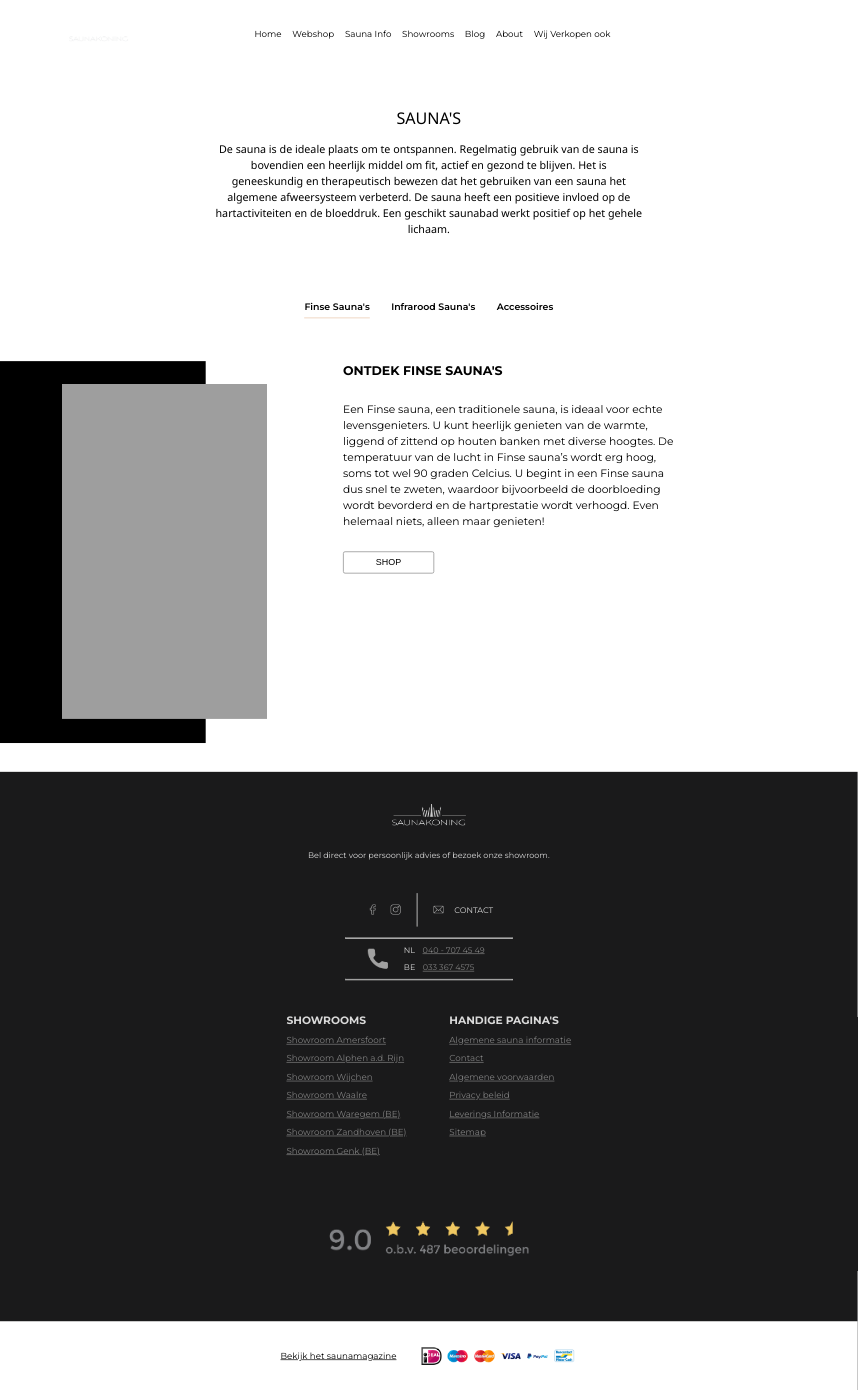
Repository: PKnar/SKW
Page: webshop.html
These files come from the project's save history. The page is drawn as it stood at one moment and after the next save; the edit follows.
The browser window is 1280 px wide. The pictures show the whole page, at 67% of full size.
Pictures or frames that could not be fetched are drawn as grey boxes.

Above is the page before, as saved 2021-06-02 03:33:20.
Console error: TypeError: Cannot set properties of undefined (setting 'style')

### webshop.html
<!DOCTYPE html>
<html lang="en">

<head>
    <meta charset="UTF-8">
    <meta http-equiv="X-UA-Compatible" content="IE=edge">
    <meta name="viewport" content="width=device-width, initial-scale=1.0">
    <title>Webshop</title>
    <link rel="stylesheet" href="./css/webshop.css">
    <link rel='stylesheet' href='index.css' />
    <link href="https://fonts.googleapis.com/css2?family=Montserrat:wght@100;300;400;500;600;700;800&display=swap"
        rel="stylesheet">
</head>

<body>

    <main>
        <nav>

        </nav>

    </main>

    <header class="bright">
        <div class="hero">
            <h2>SAUNA'S</h2>
            <p>De sauna is de ideale plaats om te ontspannen. Regelmatig gebruik van de sauna is bovendien een heerlijk
                middel om fit, actief en gezond te blijven. Het is geneeskundig en therapeutisch bewezen dat het
                gebruiken van een sauna het algemene afweersysteem verbeterd. De sauna heeft een positieve invloed op de
                hartactiviteiten en de bloeddruk. Een geschikt saunabad werkt positief op het gehele lichaam.</p>

        </div>

    </header>
    <section>
        <ul class="mini-navbar">
            <li class=" link active finse">Finse Sauna's</li>
            <li class="link infrarood">Infrarood Sauna's</li>
            <li class="link">Accessoires</li>

        </ul>
        <div class="category-overview">

            <div class="black-background">
                <div class="image"></div>
            </div>


            <div class="content">
                <h3 id='title'> </h3>
                <p id='desc'></p>
                <button> <a href="/products.html">SHOP</a></button>
            </div>
        </div>


    </section>

    <footer>

    </footer>
    <script src='scripts/NavAndFooter.js'></script>
    <script src='scripts/script.js'></script>
    <script src='scripts/webshop.js'></script>
    <script>
        let links = document.querySelectorAll('.link');
        links.forEach(link => {
            if (link.id === "webshop" || link.id === "webshopM") {
                link.classList.add("active")
            } else {
                link.classList.remove("active")
            }
        })
    </script>
</body>

</html>

### css/webshop.css
nav ul a {
  color: black !important;
}

.scrolled {
  background-color: white !important;
}

.line {
  background-color: rgb(61, 61, 61) !important;
}

header {
  background-color: white;
  height: 60vh;
  width: 100%;
  display: flex;
  justify-content: center;
  align-items: center;
}

.hero {
  width: 50%;
  text-align: center;
  min-width: 300px;
  margin-top: 4rem;
}

.hero h2 {
  margin: 1rem;
  font-weight: 500;
}

section {
  min-height: 100vh;
  width: 100%;
  display: flex;
  flex-direction: column;
  align-items: center;
}

section ul {
  display: flex;
  margin-bottom: 3rem;
}

section ul li {
  margin: 1rem;
  font-weight: 600;
  cursor: pointer;
  font-size: 14px;
}

.active {
  border-bottom: 2px solid var(--accentBright);
}

.black-background {
  width: 30%;
  background-color: black;
  height: 570px;
}

.image {
  background-position: center;
  background-size: cover;
  position: relative;
  left: 30%;
  top: 6%;
  width: 100%;
  height: 500px;
  min-width: 250px;
}

.category-overview {
  width: 80%;
  display: flex;
  justify-content: space-between;
  align-self: flex-start;
  flex-wrap: wrap;
}

.content {
  width: 50%;
  min-width: 300px;
}

.content button {
  background-color: transparent;
  border: 1px solid rgb(131, 131, 131);
  padding: 0.5rem 3rem;
  border-radius: 3px;
  cursor: pointer;
}

button a {
  color: black;
  text-decoration: none;
}

.content p {
  margin: 2rem 0;
}

@media (max-width: 600px) {
  .black-background {
    display: none;
  }

  .category-overview {
    width: 100%;
    justify-content: center;
  }

  section ul li {
    font-size: 13px;
  }

  .hero p,
  .content p {
    font-size: 14px;
  }

  .hero h2 {
    font-size: 20px;
  }
}

### index.css
/* This css file contains global stylings */

* {
  margin: 0;
  padding: 0;
  box-sizing: border-box;
}

:root {
  --black: #171717;
  --white: #ffff;
  --accentBright: #e8c3a9;
  --accentDark: #a26e4a;
  --homepageButton: #91735f;
  --headerBackgroundColor: #1a1a1b;
  --boxShadow: -1px 7px 5px 0px rgba(58, 58, 58, 0.1);

  --silver: #c2c0c0;
  --yellow: #e4c461;
  --shark: #25262a;
}

body {
  font-family: "Montserrat", sans-serif;
  overflow-x: hidden;
  line-height: 1.5;
}

ul {
  list-style: none;
}

header {
  font-family: "Segoe UI", Tahoma, Geneva, Verdana, sans-serif;
}

button {
  cursor: pointer;
}

/* nav */

nav {
  display: flex;
  width: 100%;
  height: 100px;
  align-items: center;
  position: fixed;
  background-color: transparent;
  transition: 0.5s;
  z-index: 99999;
}

.scrolled {
  background-color: var(--black);
  transition: 0.5s;
}

.desktop-nav {
  display: flex;
  width: 100%;
  height: 100px;
  align-items: center;
  justify-content: space-around;
}

.logo {
  width: 120px;
}

.nav-icons img {
  width: 15px;
}

.nav-links {
  display: flex;
}

.nav-icons {
  display: flex;
}

.desktop-nav a {
  color: var(--white);
  text-decoration: none;
  font-size: 13px;
}

.desktop-nav li {
  margin-right: 1rem;
}

/* ------------- */

.active {
  border-bottom: 1px solid var(--accentBright);
  padding-bottom: 0.3rem;
}

.mobile-nav {
  display: none;
}

@media (max-width: 900px) {
  .desktop-nav {
    display: none;
  }

  .mobile-nav {
    display: flex;
    align-items: center;
    justify-content: space-between;
    width: 100%;
    padding: 1rem;
    position: relative;
    padding: 2rem;
  }

  .mobile-logo {
    width: 120px;
  }

  .nav-links {
    display: flex;
    flex-direction: column;
    align-items: center;
    justify-content: center;
    list-style: none;
    width: 300px;
    height: 100vh;
    background-color: var(--white);
    position: fixed;
    right: 0;
    top: 0;
    box-shadow: 5px 5px 15px 5px rgba(0, 0, 0, 0.12);
    z-index: 9998;
  }

  .nav-links li {
    margin: 0.8rem;
  }

  .nav-links a {
    color: var(--black);
    text-decoration: none;
  }

  .nav-icons li {
    margin-right: 0.5rem;
  }

  .container-column {
    display: flex;
    flex-direction: column;
    position: relative;
    align-items: center;
  }

  .burger-menu {
    width: 40px;
    height: 40px;
    cursor: pointer;
    z-index: 999999;
  }

  .line {
    height: 2px;
    background-color: var(--white);
    margin: 0.3rem 0;
    transition: 1s;
  }

  .top-line {
    width: 30px;
  }

  .middle-line {
    width: 20px;
    margin-left: 10px;
  }

  .bottom-line {
    width: 30px;
  }

  .deg45 {
    transform: rotate(45deg);
    position: relative;
    top: -14px;
  }

  .deg-45 {
    transform: rotate(-45deg);
  }

  .transparent-line {
    opacity: 0;
  }

  .close {
    transform: translateX(300px);
    transition: 1s;
  }

  .show {
    transform: translate(0);
    transition: 1s;
  }

  .black {
    background-color: var(--black);
  }
}

/* Footer */

footer {
  background-color: var(--headerBackgroundColor);
  width: 100%;
  display: flex;
  flex-direction: column;
  align-items: center;
  padding-top: 3rem;
  color: rgb(218, 218, 218);
}

footer a {
  color: grey;
}

.footer-message {
  margin: 2rem;
  font-size: 12px;
}

footer .socials {
  display: flex;
  align-items: center;
  justify-content: center;
}
footer hr {
  color: grey;
  width: 250px;
}

.socials img {
  width: 15px;
  margin: 0.5rem;
}

.socials p {
  font-size: 12px;
  text-transform: uppercase;
  margin-left: 0.5rem;
}

.footer-contact p {
  font-size: 12px;
  margin: 0.5rem;
}

.footer-contact a {
  margin-left: 0.5rem;
}

.footer-logo {
  width: 150px;
}

.footer-contact {
  display: flex;
  align-items: center;
}

.footer-contact img {
  width: 30px;
  margin-right: 1rem;
}

footer .flex-row {
  display: flex;
  align-items: center;
  justify-content: center;
}

.vertical-line {
  height: 50px;
  background-color: white;
  width: 1px;
  margin: 1rem;
}

.container-row {
  display: flex;
  flex-wrap: wrap;
  justify-content: center;
}

.footer-links {
  margin: 3rem 2rem;
}

.footer-links li {
  margin-top: 0.5rem;
  font-size: 13px;
}

.payments {
  display: flex;
  align-items: center;
  background-color: white;
  width: 100%;
  justify-content: center;
  padding: 2rem;
  margin-top: 6rem;
}

.payments a {
  color: black;
  margin-right: 2rem;
  font-size: 13px;
}

.payment-icons {
  display: flex;
  align-items: center;
}

.payment-icons img {
  width: 30px;
  margin: 0.3rem;
}

.rating {
  width: 300px;
  margin-top: 3rem;
}

@media (max-width: 500px) {
  .rating {
    width: 200px;
  }
}

### scripts/NavAndFooter.js
(function () {
  let navigation = [
    { path: "", name: "Home" },
    { path: "#", name: "Webshop" },
    { path: "#", name: "Sauna Info" },
    { path: "#", name: "Showrooms" },
    { path: "blogs.html", name: "Blog" },
    { path: "about.html", name: "About" },
    { path: "#", name: "Wij Verkopen ook" },
  ];

  //For github
  let baseURL = "https://pknar.github.io/SKW";

  function generateNav() {
    console.log("generating");
    let nav = document.querySelector("nav");
    let desktopNav = document.createElement("div");
    let navLinks = document.createElement("ul");
    let logo = document.createElement("img");

    desktopNav.setAttribute("class", "desktop-nav");
    navLinks.setAttribute("class", "nav-links");

    logo.setAttribute("src", "./assets/logo/white.png");
    logo.setAttribute("alt", "Saunakoning logo");
    logo.setAttribute("class", "logo");

    navigation.map((link) => {
      let li = document.createElement("li");
      let a = document.createElement("a");
      a.setAttribute("href", `${baseURL}/${link.path}`);
      a.innerHTML = link.name;

      li.appendChild(a);
      navLinks.appendChild(li);
    });

    desktopNav.appendChild(logo);
    desktopNav.appendChild(navLinks);
    nav.appendChild(desktopNav);

    let iconsHTML = `
                <ul class="nav-icons">
              <li><img src="assets/icons/search.png" /></li>
              <li><img src="assets/icons/user.png" /></li>
              <li><img src="assets/icons/shopping-bag.png" /></li>
          </ul>`;

    desktopNav.innerHTML += iconsHTML;

    let mobileNav = `
      <div class="mobile-nav">

      <ul class="nav-icons">
      <li><img src="assets/icons/shopping-bag.png" /></li>
          <li><img src="assets/icons/user.png" /></li>
          <li><img src="assets/icons/search.png" /></li>
          </ul>

      <img class="mobile-logo" alt='Saunakoning logo' src='./assets/logo/white.png' />
          <div class="container-column">
              <div class="burger-menu">
                  <div class="line top-line"></div>
                  <div class="line middle-line"></div>
                  <div class="line bottom-line"></div>
              </div>

              <ul class="nav-links close ">
                  <li><a class="active" href="/index.html">Home </a></li>
                  <li><a href="/acties">Acties </a></li>
                  <li><a href="#">Webshop </a></li>
                  <li><a href="#"> Sauna Info</a></li>
                  <li><a href="/showrooms.html">Showrooms </a></li>
                  <li><a href="/blogs.html">Blog </a></li>
                  <li><a href="/about.html">About </a></li>
                  <li><a href="/contact.html">Contact </a></li>
                  <li><a href="/careers.html">Wij verkopen ook</a></li>
              </ul>

          </div>`;

    nav.innerHTML += mobileNav;

    //     let html = `
    //     <div class="desktop-nav">
    //     <img class="logo" alt='Saunakoning logo' src='./assets/logo/white.png' />
    //     <ul class="nav-links ">

    //     ${navLinks
    //       .map((link) => {
    //         return `<li><a href="${baseURL}/${link.path}">${link.name} </a></li>`;
    //       })
    //       .join(",")}

    //     </ul>

    // </div>

    // <div class="mobile-nav">

    // <ul class="nav-icons">
    // <li><img src="assets/icons/shopping-bag.png" /></li>
    //     <li><img src="assets/icons/user.png" /></li>
    //     <li><img src="assets/icons/search.png" /></li>
    //     </ul>

    // <img class="mobile-logo" alt='Saunakoning logo' src='./assets/logo/white.png' />
    //     <div class="container-column">
    //         <div class="burger-menu">
    //             <div class="line top-line"></div>
    //             <div class="line middle-line"></div>
    //             <div class="line bottom-line"></div>
    //         </div>

    //         <ul class="nav-links close ">
    //             <li><a class="active" href="/index.html">Home </a></li>
    //             <li><a href="/acties">Acties </a></li>
    //             <li><a href="#">Webshop </a></li>
    //             <li><a href="#"> Sauna Info</a></li>
    //             <li><a href="/showrooms.html">Showrooms </a></li>
    //             <li><a href="/blogs.html">Blog </a></li>
    //             <li><a href="/about.html">About </a></li>
    //             <li><a href="/contact.html">Contact </a></li>
    //             <li><a href="/careers.html">Wij verkopen ook</a></li>
    //         </ul>

    //     </div>

    // </div>
    //   `;

    //nav.innerHTML += html;
  }

  generateNav();

  function generateFooter() {
    let footer = document.querySelector("footer");
    let html = `
      <img class="footer-logo" src='./assets/logo/white.png' />
          <p class="footer-message">Bel direct voor persoonlijk advies of bezoek onze showroom.</p>
          <div class="socials">

              <img src='./assets/icons/socials-contacts/facebook.png' />
              <img src='./assets/icons/socials-contacts/instagram.png' />
              <div class="vertical-line"></div>
              <div class="flex-row">
                  <img src='./assets/icons/socials-contacts/email.png' />
                  <p>Contact</p>
              </div>

          </div>
          <hr>
          <div class="footer-contact">
              <img src='./assets/icons/socials-contacts/call.png' />
              <div class="tel-numbers">
                  <p> NL <a href="tel:040 - 707 45 49">040 - 707 45 49</a></p>
                  <p> BE <a href="tel:033 367 4575">033 367 4575</a></p>
              </div>
          </div>
          <hr>
          <div class="container-row">
              <div class="footer-links">
                  <h4>SHOWROOMS</h4>
                  <ul>
                      <li><a href="#"> Showroom Amersfoort</a></li>
                      <li><a href="#"> Showroom Alphen a.d. Rijn</a></li>
                      <li><a href="#"> Showroom Wijchen</a></li>
                      <li><a href="#"> Showroom Waalre</a></li>
                      <li><a href="#"> Showroom Waregem (BE)</a></li>
                      <li><a href="#"> Showroom Zandhoven (BE)</a></li>
                      <li><a href="#"> Showroom Genk (BE)</a></li>
                  </ul>
              </div>
              <div class="footer-links">
                  <h4>HANDIGE PAGINA'S</h4>
                  <ul>
                      <li><a href="#"> Algemene sauna informatie</a></li>
                      <li><a href="#"> Contact</a></li>
                      <li><a href="#"> Algemene voorwaarden</a></li>
                      <li><a href="#"> Privacy beleid</a></li>
                      <li><a href="#"> Leverings Informatie </a></li>
                      <li><a href="#"> Sitemap </a></li>

                  </ul>
              </div>


          </div>
          <img class="rating" src="./assets/icons/Rating-grey.png" />
          <div class="payments">
              <a href="#">Bekijk het saunamagazine</a>
              <div class="payment-icons">
                  <img src="./assets/icons/payments/ideal.png" />
                  <img src="./assets/icons/payments/mastercard(1).png" />
                  <img src="./assets/icons/payments/mastercard.png" />
                  <img src="./assets/icons/payments/visa.png" />
                  <img src="./assets/icons/payments/paypal.png" />
                  <img src="./assets/icons/payments/bancontact-logo_0.png" />
              </div>
          </div>`;

    footer.innerHTML += html;
  }

  generateFooter();
})();

### scripts/script.js
function main() {
  "use strict";

  /* Navogation -change backgroun on scroll */
  window.addEventListener("scroll", (event) => {
    let scrollTop = document.documentElement.scrollTop;
    let nav = document.querySelector("nav");

    if (scrollTop > 100) {
      nav.classList.add("scrolled");
    } else {
      nav.classList.remove("scrolled");
    }
  });

  const burgerMenu = document.querySelector(".burger-menu");

  let handleMobileNavClick = (e) => {
    let mobile_nav = document.querySelector(".mobile-nav .nav-links");
    let topLine = document.querySelector(".top-line");
    let middleLine = document.querySelector(".middle-line");
    let bottomLine = document.querySelector(".bottom-line");

    topLine.classList.toggle("deg-45");
    middleLine.classList.toggle("transparent-line");
    bottomLine.classList.toggle("deg45");
    mobile_nav.classList.toggle("show");

    topLine.classList.toggle("black");
    middleLine.classList.toggle("black");
    bottomLine.classList.toggle("black");
  };

  if (burgerMenu) {
    burgerMenu.addEventListener("click", (e) => handleMobileNavClick(e));
  }

  /* slideshow*/

  let slideIndex = 1;

  let next = document.querySelector(".next");
  let prev = document.querySelector(".prev");
  let isButtonClicked = false;

  //   let interval = setInterval(() => nexSlide(1), 3000);
  // }

  showSlides(slideIndex);

  function nexSlide(n) {
    showSlides((slideIndex += n));
  }

  function showSlides(n) {
    var i;
    var slides = document.querySelectorAll(".review");

    if (n > slides.length) {
      slideIndex = 1;
    }
    if (n < 1) {
      slideIndex = slides.length;
    }
    for (i = 0; i < slides.length; i++) {
      slides[i].style.display = "none";
    }
    slides[slideIndex - 1].style = " animation: slideLeft 2s forwards";
    slides[slideIndex - 1].style.display = "block";
  }

  prev.addEventListener("click", (e) => {
    isButtonClicked = true;
    nexSlide(-1);
  });
  next.addEventListener("click", (e) => {
    isButtonClicked = true;
    nexSlide(1);
  });

  // if (!isButtonClicked) {
  //   interval = ;
  // }
}

window.addEventListener("load", main);

Loaded but not shown: scripts/webshop.js (75 lines, source omitted)

After the next save:
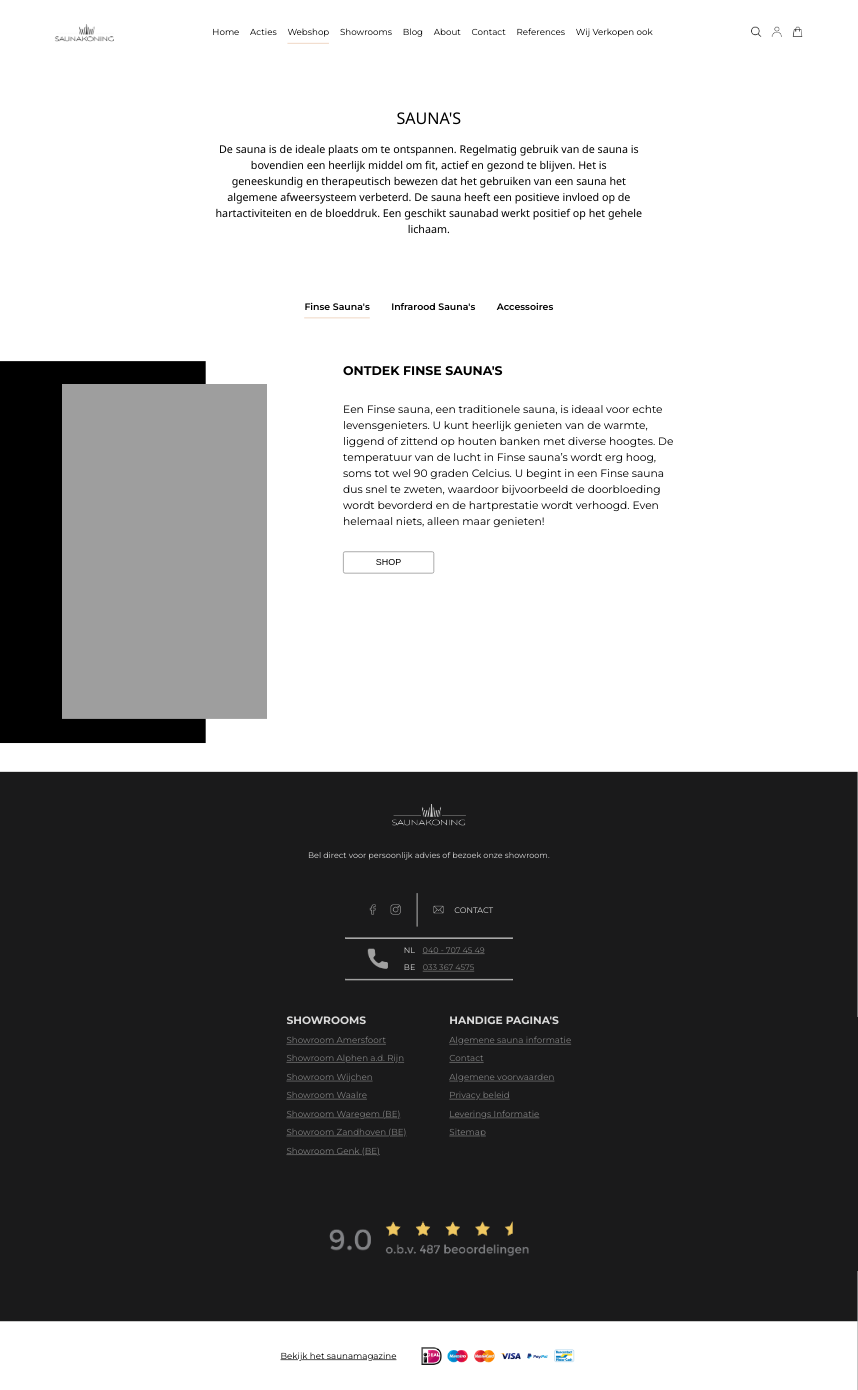
Saved 99 min 10 s later.
--- a/scripts/NavAndFooter.js
+++ b/scripts/NavAndFooter.js
@@ -1,11 +1,13 @@
 (function () {
   let navigation = [
     { path: "", name: "Home" },
-    { path: "#", name: "Webshop" },
-    { path: "#", name: "Sauna Info" },
-    { path: "#", name: "Showrooms" },
+    { path: "acties.html", name: "Acties" },
+    { path: "webshop.html", name: "Webshop" },
+    { path: "showrooms.html", name: "Showrooms" },
     { path: "blogs.html", name: "Blog" },
     { path: "about.html", name: "About" },
+    { path: "contact.html", name: "Contact" },
+    { path: "references.html", name: "References" },
     { path: "#", name: "Wij Verkopen ook" },
   ];
 
@@ -13,25 +15,47 @@
   let baseURL = "https://pknar.github.io/SKW";
 
   function generateNav() {
-    console.log("generating");
     let nav = document.querySelector("nav");
     let desktopNav = document.createElement("div");
     let navLinks = document.createElement("ul");
     let logo = document.createElement("img");
+    let header = document.querySelector("header");
+    let iconsHTML;
+    let logoSrc = "./assets/logo/white.png";
 
     desktopNav.setAttribute("class", "desktop-nav");
     navLinks.setAttribute("class", "nav-links");
 
-    logo.setAttribute("src", "./assets/logo/white.png");
+    if (header.classList.contains("dark")) {
+      logoSrc = "./assets/logo/white.png";
+
+      iconsHTML = `
+    <ul class="nav-icons">
+      <li><img src="assets/icons/search.png" /></li>
+      <li><img src="assets/icons/user.png" /></li>
+      <li><img src="assets/icons/shopping-bag.png" /></li>
+    </ul>`;
+    } else {
+      logoSrc = "./assets/logo/black.png";
+      iconsHTML = `
+         <ul class="nav-icons">
+              <li><img src="assets/icons/search-black.png" /></li>
+              <li><img src="assets/icons/user-black.png" /></li>
+             <li><img src="assets/icons/shopping-bag-black.png" /></li>
+        </ul>`;
+    }
+
+    logo.setAttribute("src", logoSrc);
     logo.setAttribute("alt", "Saunakoning logo");
     logo.setAttribute("class", "logo");
 
     navigation.map((link) => {
       let li = document.createElement("li");
       let a = document.createElement("a");
-      a.setAttribute("href", `${baseURL}/${link.path}`);
+      a.setAttribute("href", `/${link.path}`);
+      li.setAttribute("id", `${link.name.toLowerCase()}`);
+      li.setAttribute("class", `link`);
       a.innerHTML = link.name;
-
       li.appendChild(a);
       navLinks.appendChild(li);
     });
@@ -40,25 +64,16 @@
     desktopNav.appendChild(navLinks);
     nav.appendChild(desktopNav);
 
-    let iconsHTML = `
-                <ul class="nav-icons">
-              <li><img src="assets/icons/search.png" /></li>
-              <li><img src="assets/icons/user.png" /></li>
-              <li><img src="assets/icons/shopping-bag.png" /></li>
-          </ul>`;
-
     desktopNav.innerHTML += iconsHTML;
+
+    /* Mobile nav */
 
     let mobileNav = `
       <div class="mobile-nav">
 
-      <ul class="nav-icons">
-      <li><img src="assets/icons/shopping-bag.png" /></li>
-          <li><img src="assets/icons/user.png" /></li>
-          <li><img src="assets/icons/search.png" /></li>
-          </ul>
-
-      <img class="mobile-logo" alt='Saunakoning logo' src='./assets/logo/white.png' />
+       ${iconsHTML}
+
+      <img class="mobile-logo" alt='Saunakoning logo' src=${logoSrc} />
           <div class="container-column">
               <div class="burger-menu">
                   <div class="line top-line"></div>
@@ -67,15 +82,15 @@
               </div>
 
               <ul class="nav-links close ">
-                  <li><a class="active" href="/index.html">Home </a></li>
-                  <li><a href="/acties">Acties </a></li>
-                  <li><a href="#">Webshop </a></li>
-                  <li><a href="#"> Sauna Info</a></li>
-                  <li><a href="/showrooms.html">Showrooms </a></li>
-                  <li><a href="/blogs.html">Blog </a></li>
-                  <li><a href="/about.html">About </a></li>
-                  <li><a href="/contact.html">Contact </a></li>
-                  <li><a href="/careers.html">Wij verkopen ook</a></li>
+                  <li class='link' id="homeM"><a  href="/index.html">Home </a></li>
+                  <li  class='link' id="actiesM"><a href="/acties.html">Acties </a></li>
+                  <li class='link' id="webshopM" ><a href="/webshop.html">Webshop </a></li>
+                  <li  class='link' id="showroomsM" ><a href="/showrooms.html">Showrooms </a></li>
+                  <li  class='link' id="blogM" ><a href="/blogs.html">Blog </a></li>
+                  <li class='link' id="aboutM" ><a href="/about.html">About </a></li>
+                  <li class='link' id="contactM"  ><a href="/contact.html">Contact </a></li>
+                  <li class='link' id="refM"  ><a href="/references.html">References</a></li>
+                  <li class='link'><a href="#">Wij verkopen ook</a></li>
               </ul>
 
           </div>`;
